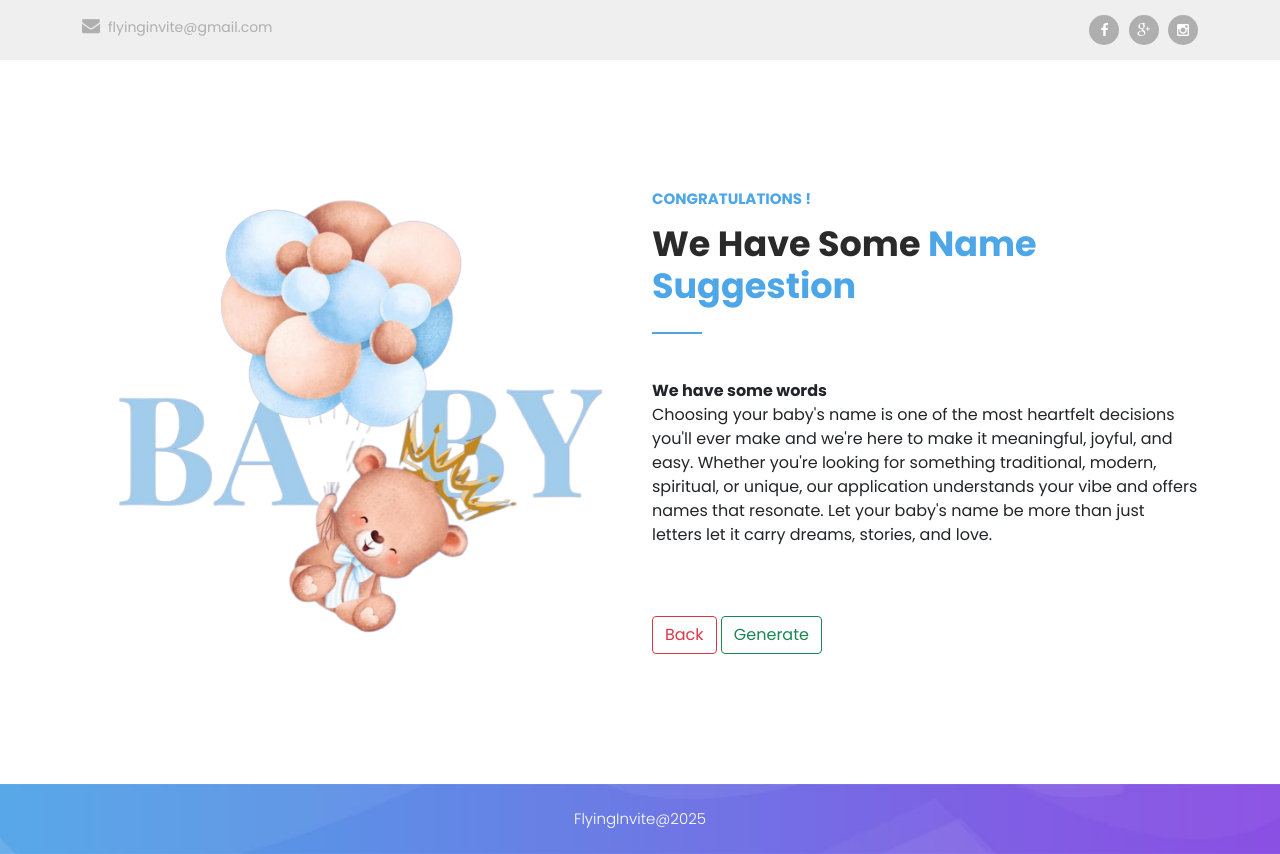
Repository: viraj7551/Flying-Invite-Project
Page: http://localhost/FlyingInvite/verifyEmail.jsp
These files come from the project's save history. The page is drawn as it stood at one moment and after the next save; the edit follows.
The browser window is 1280 px wide. The pictures show the whole page.
The page is served by Tomcat 9.

Above is the page before, as saved 2025-04-20 09:01:28.

After the next save:
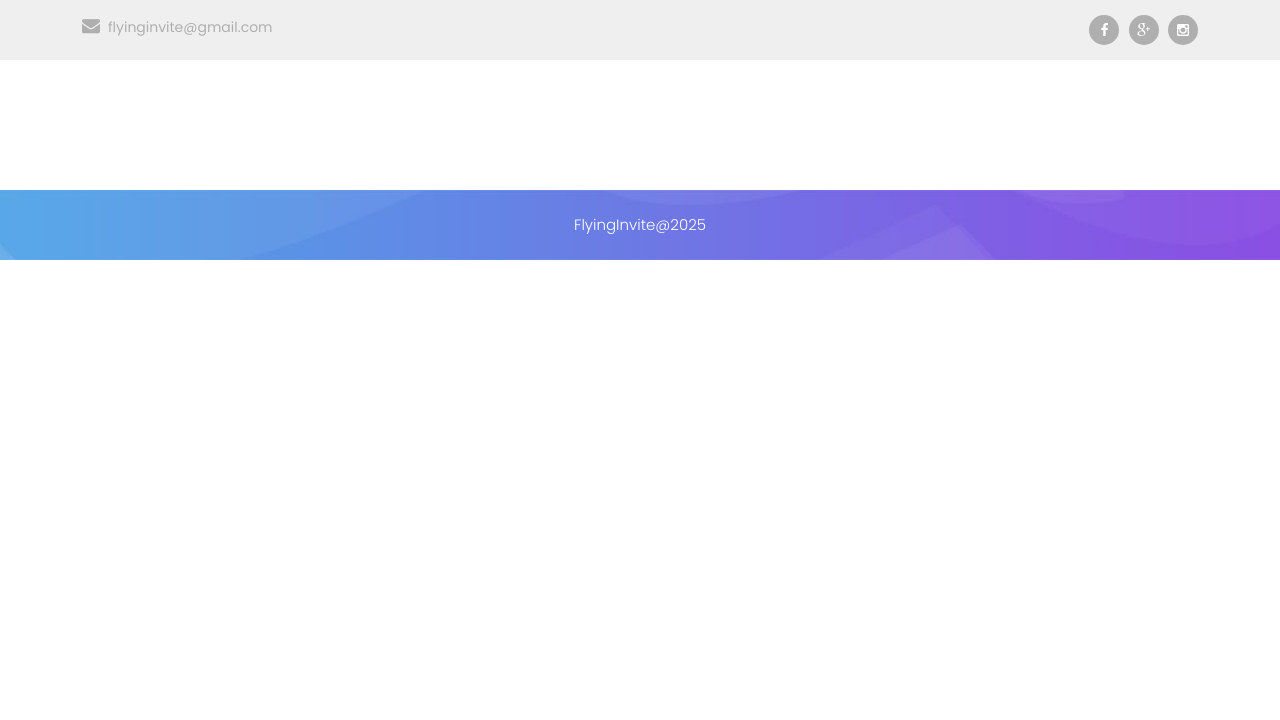
Saved 54 s later.
--- a/FlyingInvite/WebContent/verifyEmail.jsp
+++ b/FlyingInvite/WebContent/verifyEmail.jsp
@@ -71,42 +71,7 @@
   </div>
   <!-- Pre-header End -->
 
-  <div id="about" class="about section">
-    <div class="container">
-      <div class="row">
-        <div class="col-lg-12">
-          <div class="row">
-            <div class="col-lg-6">
-              <div class="about-left-image  wow fadeInLeft" data-wow-duration="1s" data-wow-delay="0.5s">
-                <img src="assets/images/name_suggestor.png" alt="mom with baby in her womb">
-              </div>
-            </div>
-            <div class="col-lg-6 align-self-center  wow fadeInRight" data-wow-duration="1s" data-wow-delay="0.5s">
-              <div class="about-right-content">
-                <div class="section-heading">
-                  <h6>Congratulations !</h6>
-                  <h4>We have some <em>Name Suggestion</em></h4>
-                  <div class="line-dec"></div>
-                </div>
 
-                <p>
-                    <ul><strong>We have some words</strong>
-                      <li>Choosing your baby's name is one of the most heartfelt decisions you'll ever make and we're here to make it meaningful, joyful, and easy. Whether you're looking for something traditional, modern, spiritual, or unique, our application understands your vibe and offers names that resonate.
-Let your baby's name be more than just letters let it carry dreams, stories, and love.
-                      </li>
-                    </ul> <br>
-                </p>
-
-              <a href="index.jsp" class="btn btn-outline-danger" role="button"> Back</a>
-              <a href="#" class="btn btn-outline-success" role="button">Generate</a>
-
-              </div>
-            </div>
-          </div>
-        </div>
-      </div>
-    </div>
-  </div>
 
   <footer>
     <div class="container">
